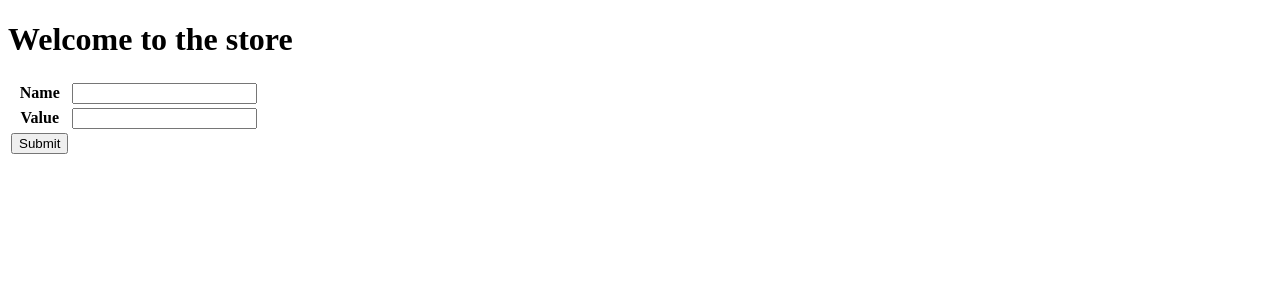
Repository: Indra0011/git_java_practice
Page: eclipse-workspace/servletMVCProject1/src/main/webapp/register.html
The author's editor kept a copy of each file at every save. The page is drawn from the files as they stood at one save, then again after the next save.
The browser window is 1280 px wide. The pictures show the whole page.

Above is the page before, as saved 2023-10-05 10:47:02.

After the next save:
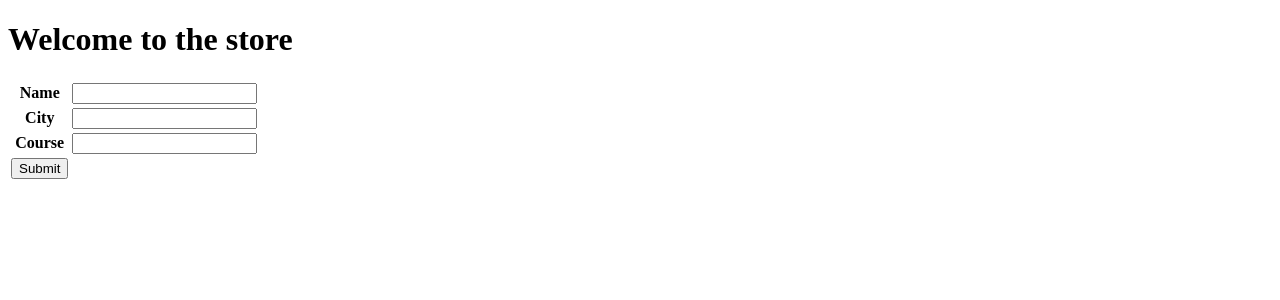
Saved 76 s later.
--- a/eclipse-workspace/servletMVCProject1/src/main/webapp/register.html
+++ b/eclipse-workspace/servletMVCProject1/src/main/webapp/register.html
@@ -6,19 +6,24 @@
 </head>
 <body>
 <h1>Welcome to the store</h1>
-	<form action = './req1'>
+	<form action = './register'>
 		<table>
 			<tr>
 				<th>Name </th>
 				<td><input type="text" name="Name" /></td>
 			</tr>
 			<tr>
-				<th>Value</th>
-				<td><input type="text" name="Value" /></td>
+				<th>City</th>
+				<td><input type="text" name="City" /></td>
 
 			</tr>
 			<tr>
-				<td><input type="submit" name="Add to cart" /></td>
+				<th>Course</th>
+				<td><input type="text" name="Course" /></td>
+
+			</tr>
+			<tr>
+				<td><input type="submit" name="Register" /></td>
 			</tr>
 		</table>
 	</form>
